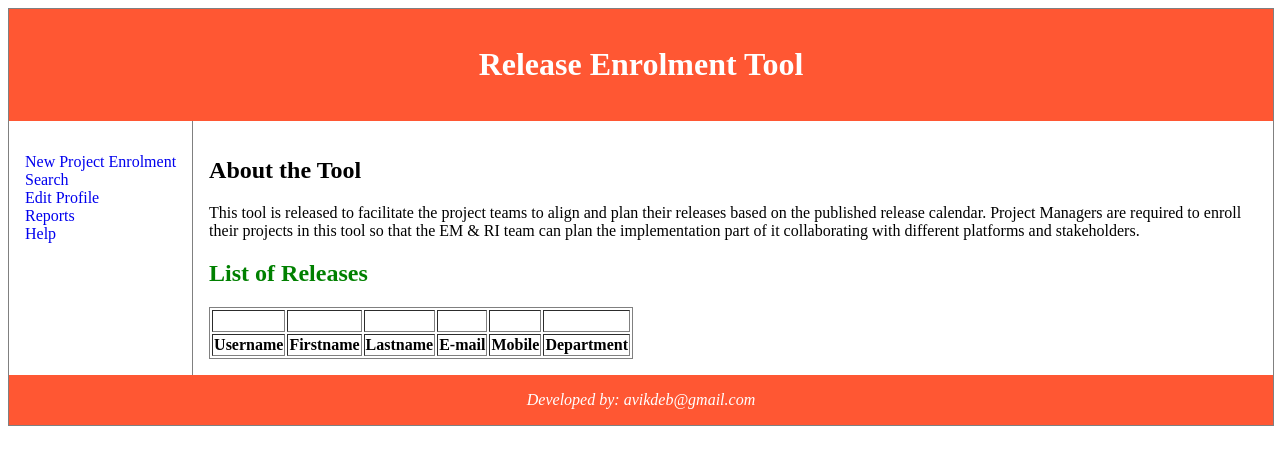
Repository: guribrar/enrolmentapp
Page: http://localhost/enrolmentapp/testlogin.jsp
The author's editor kept a copy of each file at every save. The page is drawn from the files as they stood at one save, then again after the next save.
The browser window is 1280 px wide. The pictures show the whole page.
The page is served by Tomcat 9. Other server files are loaded and not shown. Queries for data that is not in the repository find no rows.

Above is the page before, as saved 2016-12-31 16:01:01.

### enrolmentapp/WebContent/testlogin.jsp
<%@ page language="java" contentType="text/html; charset=ISO-8859-1"
    pageEncoding="ISO-8859-1"%>

<%@ taglib uri="http://java.sun.com/jsp/jstl/sql" prefix="sql" %>
<%@ taglib uri="http://java.sun.com/jsp/jstl/core" prefix="c" %>

<!DOCTYPE html>

<sql:query var="rs" dataSource="jdbc/enrolmentapp">
	select * from enrolmentapp.user
</sql:query>

<html>
<head>
<style>
div.container {
    width: 100%;
    border: 1px solid gray;
}

header, footer {
    padding: 1em;
    color: white;
    background-color: #FF5733;
    clear: left;
    text-align: center;
}

nav {
    float: left;
    max-width: 160px;
    margin: 0;
    padding: 1em;
}

nav ul {
    list-style-type: none;
    padding: 0;
}

nav ul a {
    text-decoration: none;
}

article {
    margin-left: 170px;
    border-left: 1px solid gray;
    padding: 1em;
    overflow: hidden;
}
</style>
</head>
<body>

<div class="container">

<header>
   <h1>Release Enrolment Tool</h1>
</header>

<nav>
  <ul>
    <li><a href="#">New Project Enrolment</a></li>
    <li><a href="#">Search</a></li>
    <li><a href="#">Edit Profile</a></li>
    <li><a href="#">Reports</a></li>
    <li><a href="#">Help</a></li>
  </ul>
</nav>

<article>
  <h1>About the Tool</h1>
  <p>
  This tool is released to facilitate the project teams to align and plan their releases based on the published release calendar.
  Project Managers are required to enroll their projects in this tool so that the EM & RI team can plan the implementation part of it
  collaborating with different platforms and stakeholders.

  <h1><font color="green">List of Releases</font></h1>

  <table frame="box" border="1">
	<tr>
		<th>&nbsp;</th>
		<th>&nbsp;</th>
		<th>&nbsp;</th>
		<th>&nbsp;</th>
		<th>&nbsp;</th>
		<th>&nbsp;</th>
	</tr>
	<tr>
		<th>Username</th>
		<th>Firstname</th>
		<th>Lastname</th>
		<th>E-mail</th>
		<th>Mobile</th>
		<th>Department</th>
	</tr>
	<c:forEach var="row" items="${rs.rows}">
	<tr>
		<td>${row.username}</td>
		<td>${row.firstname}</td>
		<td>${row.lastname}</td>
		<td>${row.email}</td>
		<td>${row.mobile}</td>
		<td>${row.department}</td>
	</tr>
	</c:forEach>
</table>

</article>

<footer><i>Developed by: avikdeb@gmail.com</i></footer>

</div>

</body>
</html>

After the next save:
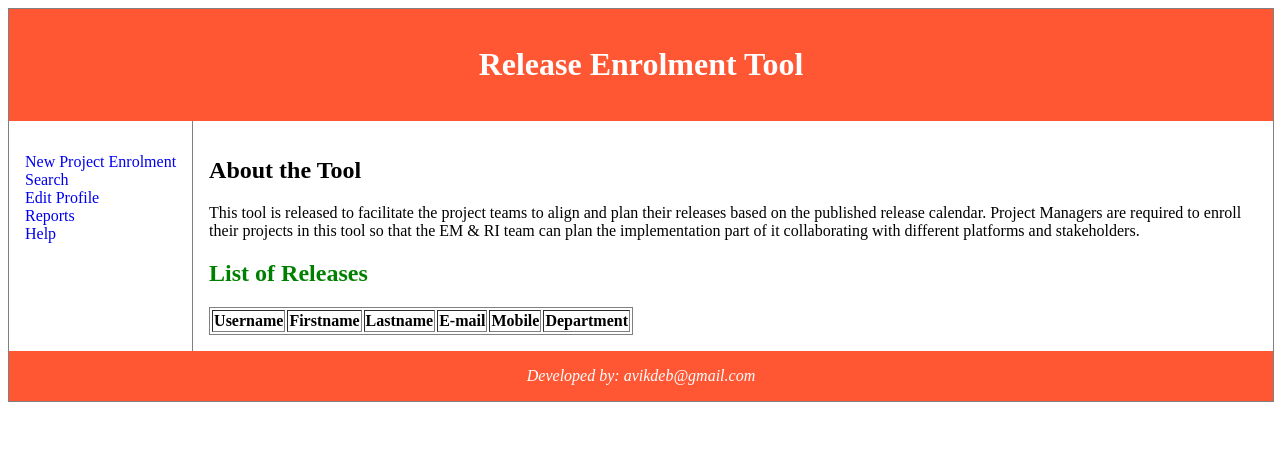
Saved 32 s later.
--- a/enrolmentapp/WebContent/testlogin.jsp
+++ b/enrolmentapp/WebContent/testlogin.jsp
@@ -78,14 +78,7 @@ article {
   <h1><font color="green">List of Releases</font></h1>
 
   <table frame="box" border="1">
-	<tr>
-		<th>&nbsp;</th>
-		<th>&nbsp;</th>
-		<th>&nbsp;</th>
-		<th>&nbsp;</th>
-		<th>&nbsp;</th>
-		<th>&nbsp;</th>
-	</tr>
+
 	<tr>
 		<th>Username</th>
 		<th>Firstname</th>
